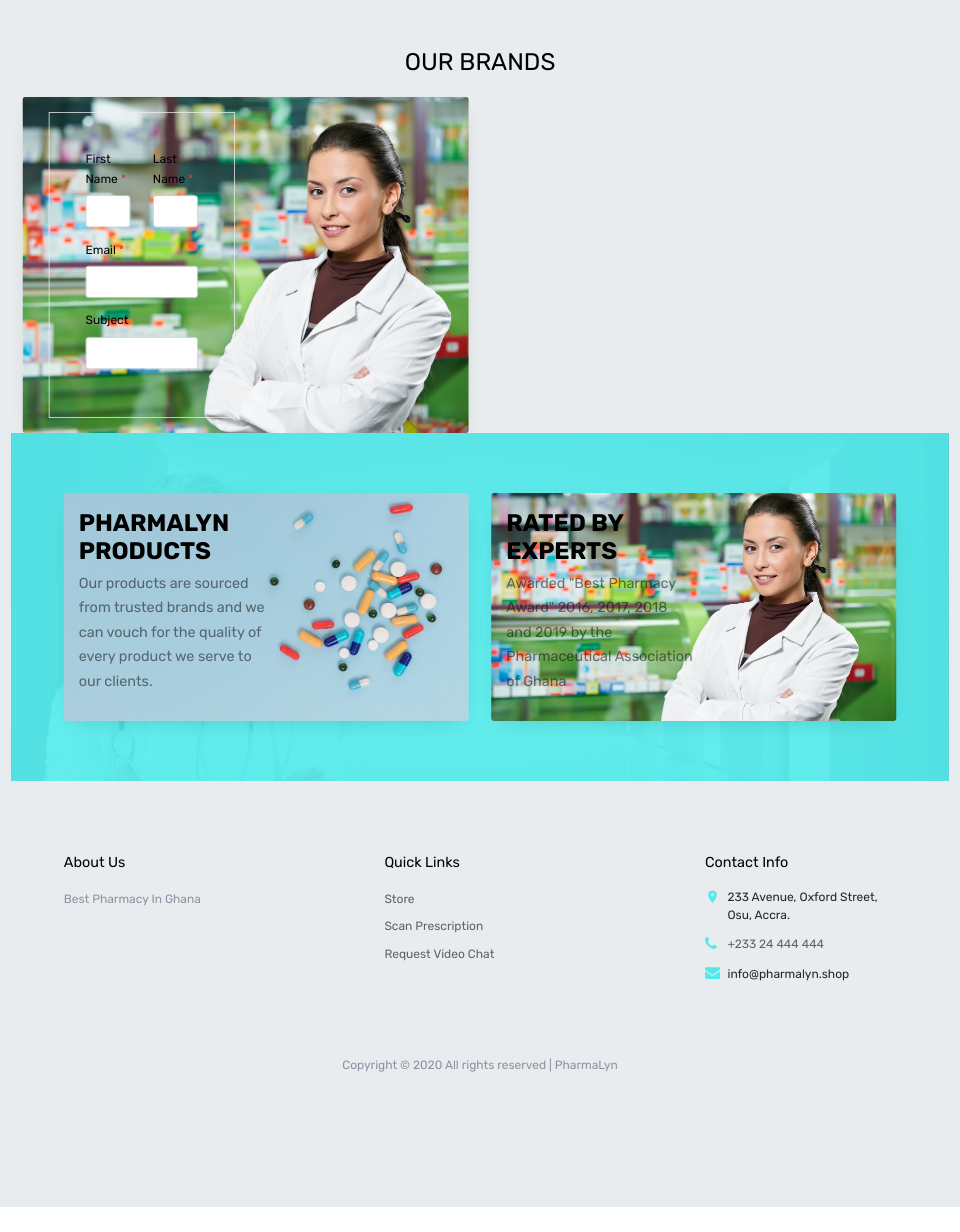
Repository: Nat-A/finalyearproject
Page: pharma/index - Copy.html
An editor plug-in stored every save of this project. The page is shown before and after the next save, followed by the edit.
The browser window is 1280 px wide. The pictures show the part of the page from y = 802 to 2444 px (the page is 2444 px tall before and 2350 px after), at 75% of full size.

Above is the page before, as saved 2020-06-03 12:44:01.

After the next save:
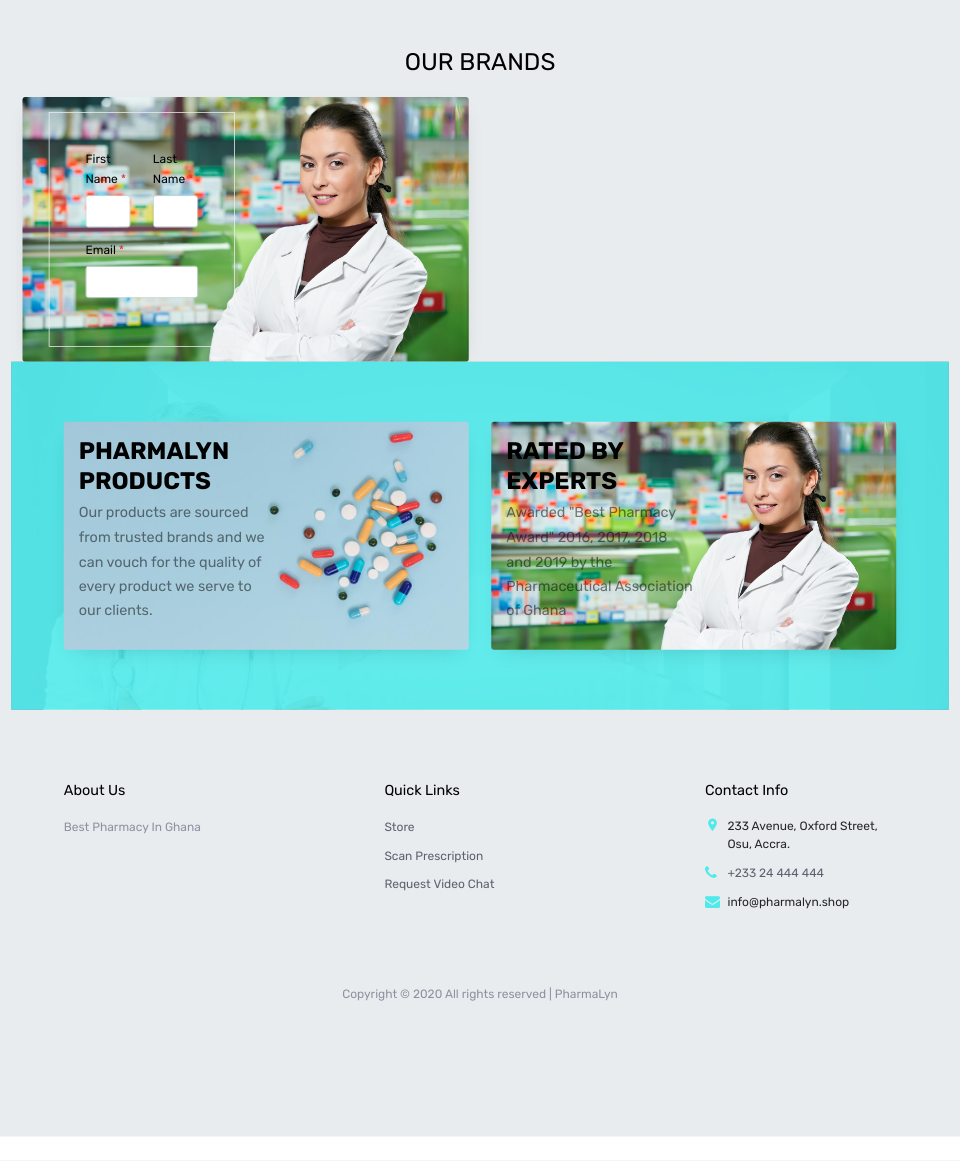
Saved 36 s later.
--- a/pharma/index - Copy.html
+++ b/pharma/index - Copy.html
@@ -135,12 +135,7 @@
                                                 <input type="email" class="form-control" id="c_email" name="c_email" placeholder="">
                                             </div>
                                         </div>
-                                        <div class="form-group row">
-                                            <div class="col-md-12">
-                                                <label for="c_subject" class="text-black">Subject </label>
-                                                <input type="text" class="form-control" id="c_subject" name="c_subject">
-                                            </div>
-                                        </div>
+
 
 
 
